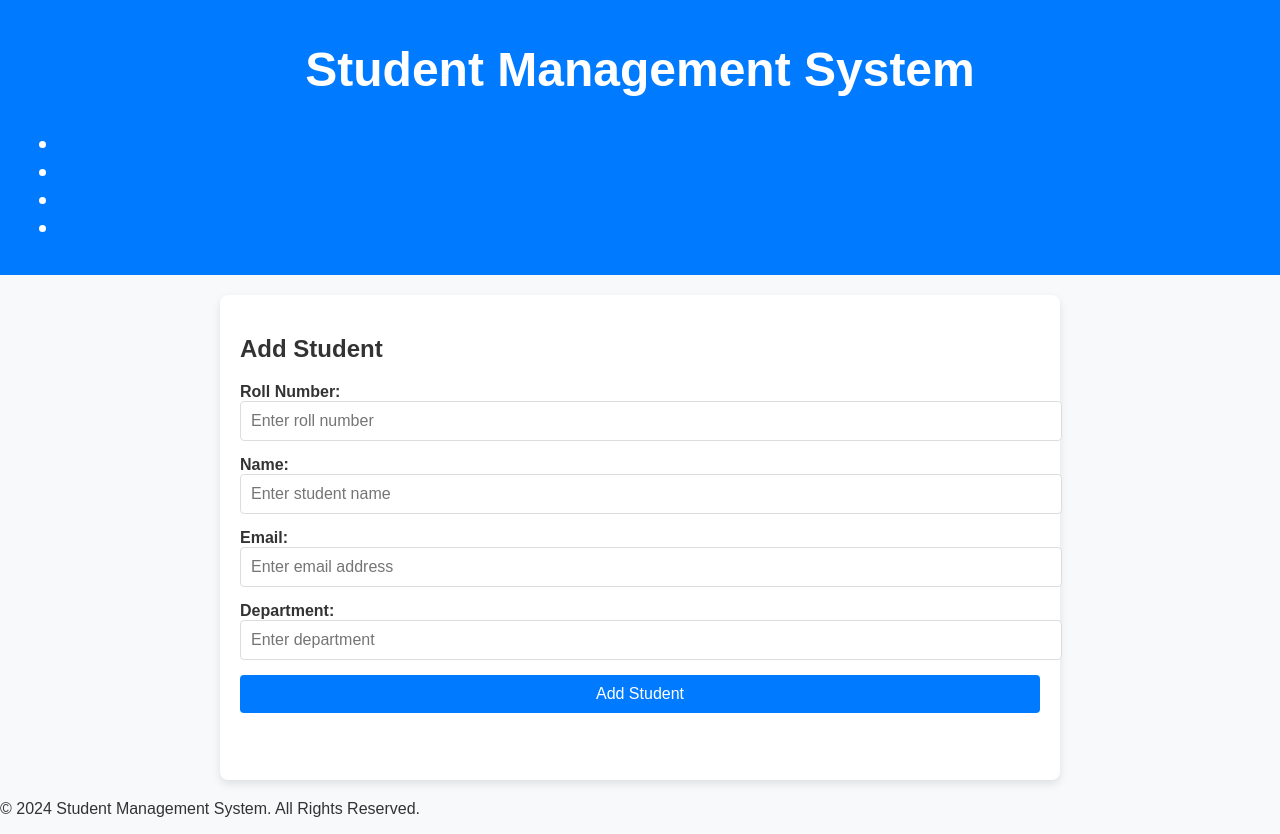
Repository: roohithbala/studentmanagement
Page: demo/src/main/resources/static/add-student.html
An editor plug-in stored every save of this project. The page is shown before and after the next save, followed by the edit.
The browser window is 1280 px wide. The pictures show the whole page.

Above is the page before, as saved 2024-11-24 18:50:45.

After the next save:
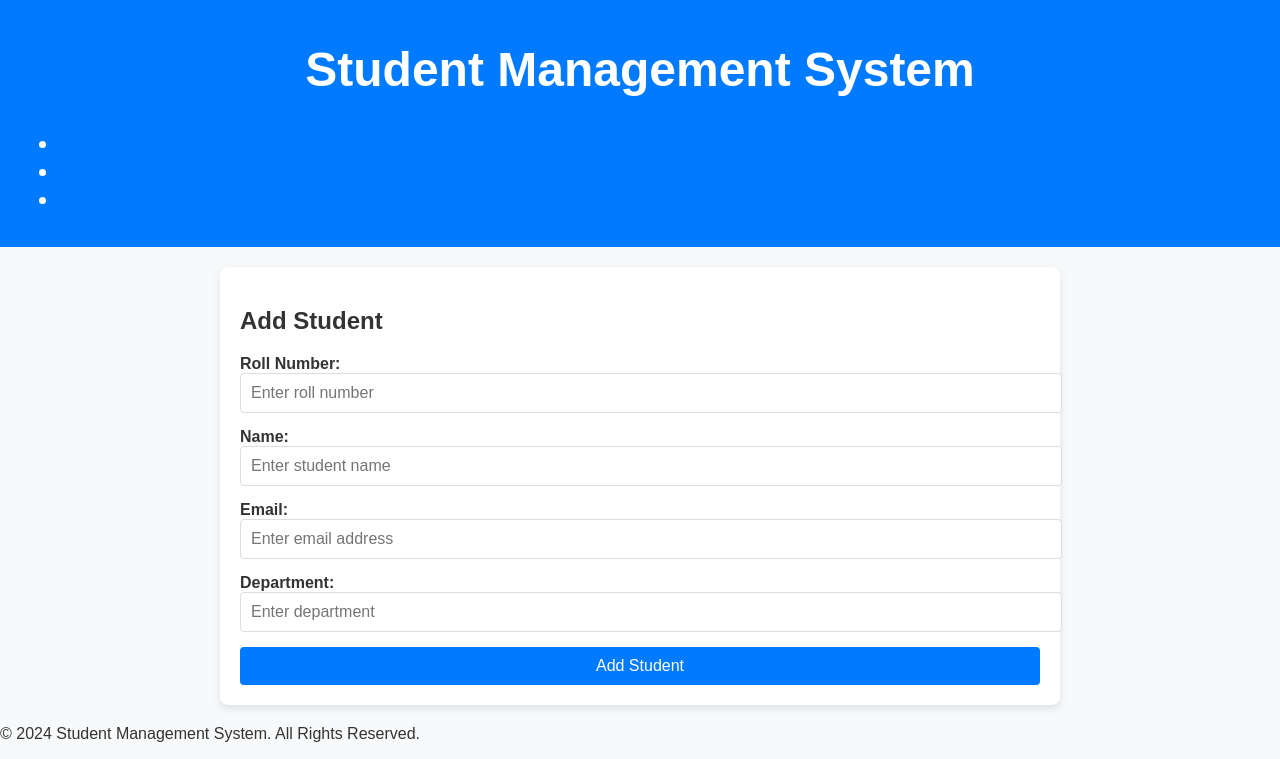
Saved 3 min 34 s later.
--- a/demo/src/main/resources/static/add-student.html
+++ b/demo/src/main/resources/static/add-student.html
@@ -15,7 +15,6 @@
                     <li><a href="index.html">Home</a></li>
                     <li><a href="add-student.html" class="active">Add Student</a></li>
                     <li><a href="view-students.html">View Students</a></li>
-                    <li><a href="manage-students.html">Manage Students</a></li>
                 </ul>
             </nav>
         </div>
@@ -40,8 +39,7 @@
                     <label for="department">Department:</label>
                     <input type="text" id="department" name="department" placeholder="Enter department" required>
                 </div>
-                <button type="button" id="add-student-button">Add Student</button>
-                <p id="response-message"></p>
+                <button type="submit" id="add-student-button">Add Student</button>
             </form>
         </section>
     </main>
@@ -50,30 +48,6 @@
             <p>&copy; 2024 Student Management System. All Rights Reserved.</p>
         </div>
     </footer>
-    <script>
-        document.getElementById('add-student-button').addEventListener('click', function () {
-            const studentData = {
-                rollNumber: document.getElementById('rollNumber').value,
-                name: document.getElementById('name').value,
-                email: document.getElementById('email').value,
-                department: document.getElementById('department').value
-            };
-
-            fetch('http://localhost:8080/api/students', {
-                method: 'POST',
-                headers: { 'Content-Type': 'application/json' },
-                body: JSON.stringify(studentData)
-            })
-            .then(response => response.json())
-            .then(data => {
-                document.getElementById('response-message').textContent = "Student added successfully!";
-                document.getElementById('response-message').style.color = "green";
-            })
-            .catch(error => {
-                document.getElementById('response-message').textContent = "Failed to add student. Please try again.";
-                document.getElementById('response-message').style.color = "red";
-            });
-        });
-    </script>
+    <script src="script1.js"></script>
 </body>
 </html>
